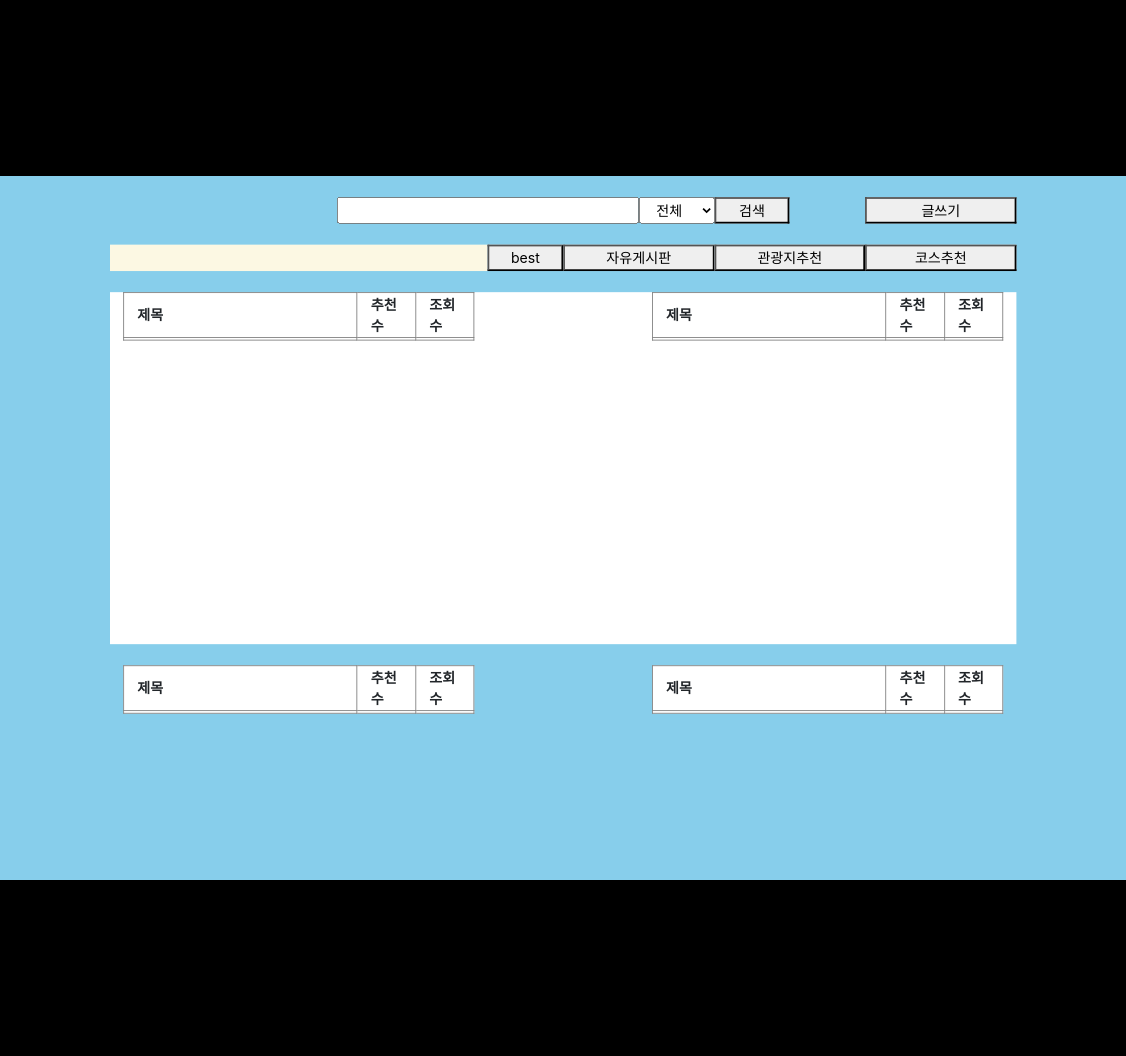
Repository: HJCroCat/project4
Page: http://localhost/koravle/getBoardMain.jsp
These files come from the project's save history. The page is drawn as it stood at one moment and after the next save; the edit follows.
The browser window is 1280 px wide. The pictures show the whole page, at 88% of full size.
An inner scrolling area shows only its first screen. The page is served by Tomcat 9. Nobody is signed in. The application's start-up code is not run. The template is opened directly, without the code that normally fills it, so the values that code supplies are empty.

Above is the page before, as saved 2021-12-15 07:31:20.

After the next save:
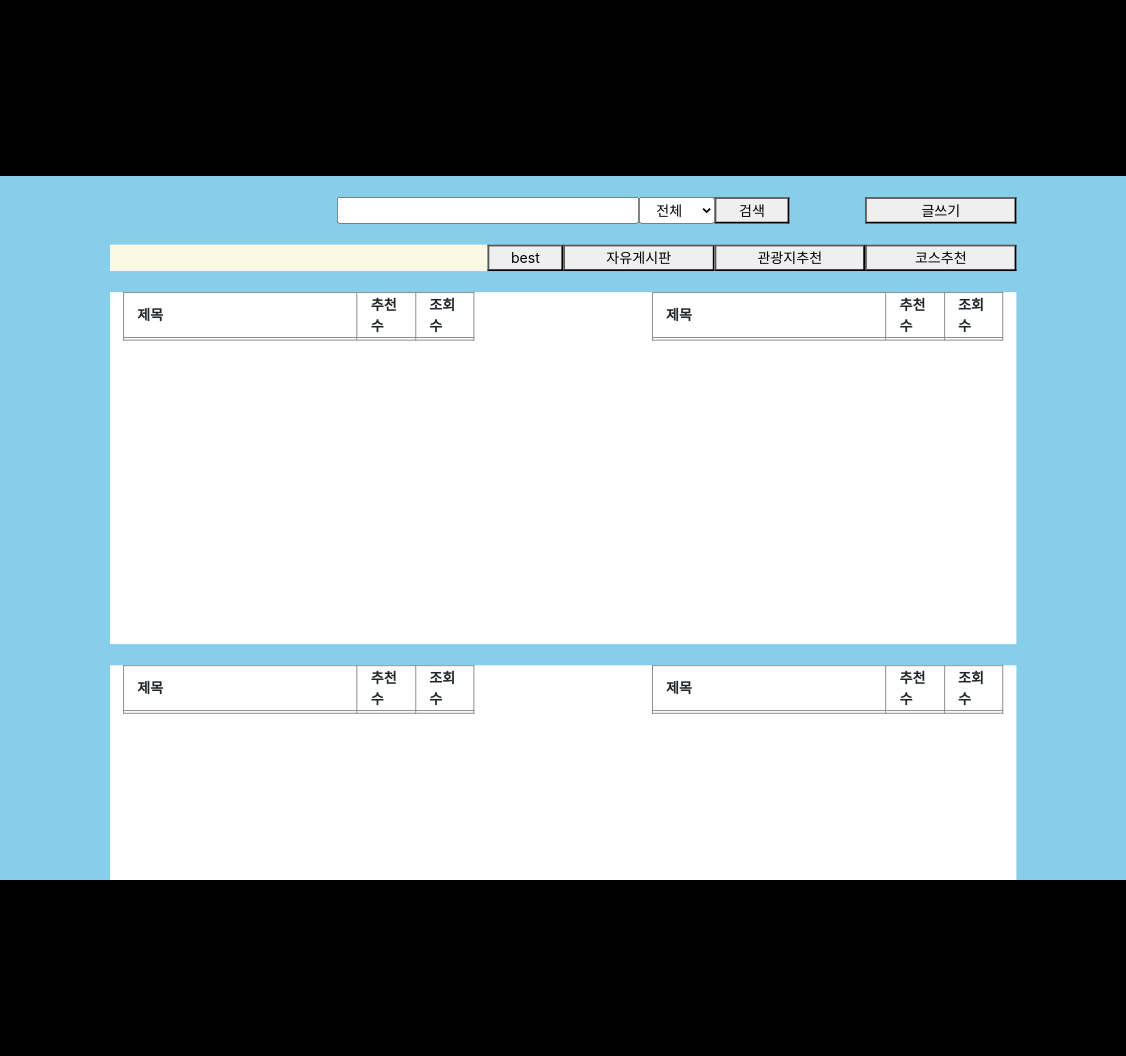
Saved 6 s later.
--- a/koravle/koravle/src/main/webapp/getBoardMain.jsp
+++ b/koravle/koravle/src/main/webapp/getBoardMain.jsp
@@ -109,7 +109,7 @@
 			<br/>
 		</div>
 
-		<div class="row" style="height:400px;">
+		<div class="row" style="height:400px; background-color: white;">
 
 			<div class="col-5">
 				<div style="background-color: white;">
